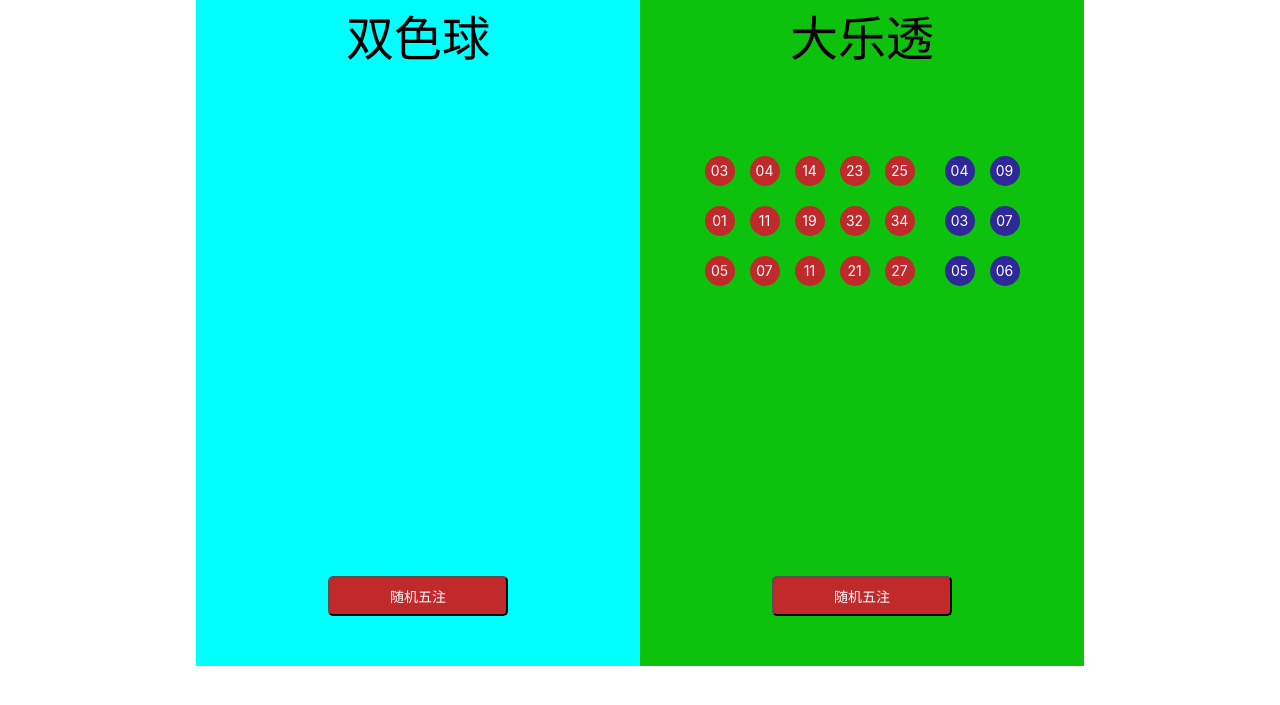
Repository: yz1181214391/caipiao-demo
Page: Cp.html
The author's editor kept a copy of each file at every save. The page is drawn from the files as they stood at one save, then again after the next save.
The browser window is 1280 px wide. The pictures show the whole page.
After loading, the first visible `input` was clicked once.

Above is the page before, as saved 2020-12-14 11:14:56.

### Cp.html
<!DOCTYPE html>
<html lang="en">
<head>
    <meta charset="UTF-8">
    <meta name="viewport" content="width=device-width, initial-scale=1.0">
    <title>彩票</title>
</head>
<style type="text/css">
    html,body {margin: 0;padding: 0;height: 100%;width: 100%;}
    a {text-decoration: none;}
    body,div,dl,dt,dd,ul,ol,li,h1,h2,h3,h4,h5,h6,pre,form,fieldset,input,textarea,p,blockquote,th,td {margin: 0;padding: 0;}
    table {border-collapse: collapse;border-spacing: 0;}
    fieldset,img {border: 0;}
    address,caption,cite,code,dfn,em,strong,th,var {font-style: normal;font-weight: normal;}
    ol,ul {list-style: none;}
    caption,th {text-align: left;}
    h1,h2,h3,h4,h5,h6 {font-size: 100%;font-weight: normal;}
    q:before,q:after {content: '';}
    abbr,acronym {border: 0;}
    body{
        font-family: "Chinese Quote", -apple-system, BlinkMacSystemFont, "Segoe UI", "PingFang SC", "Hiragino Sans GB", "Microsoft YaHei", "Helvetica Neue", Helvetica, Arial, sans-serif, "Apple Color Emoji", "Segoe UI Emoji", "Segoe UI Symbol";
    }

    .box{
        margin: 0 auto;
        width: 888px;
        height: 666px;
        display: flex;
        flex-direction: row;
    }
    .cp-flex{
        display: flex;
        flex-direction: column;
        align-items: center;
    }
    .cp-font{
        font-size: 48px;
        font-family: "Times New Roman", Times, serif;
    }
    .ssq-box{
        width: 100%;
        background-color: aqua;
    }
    .dlt-box{
        width: 100%;
        background-color: rgb(13, 194, 13);
    }

    .content {
        height: 66%;
        padding-top: 66px;
        text-align: center;
    }
    .context {
        margin: 20px 0;
    }
    .context span {
        display: inline-block;
        width: 30px;
        height: 30px;
        line-height: 30px;
        font-size: 14px;
        border-radius: 50%;
        color: #fff;
        background: rgba(192, 42, 42, 1);
        margin-right: 15px;
    }
    .context span:nth-child(5) {
        margin-right: 30px;
    }
    .context span:nth-child(7) {
        margin-right: 0;
    }
    .context span:nth-child(6),.context span:nth-child(7) {
        background: rgba(47, 40, 153, 1);
    }
    .button {
        width: 100%;
    }
    .button input {
        width: 180px;
        height: 40px;
        line-height: 40px;
        display: block;
        margin: 0 auto;
        background: rgba(192, 42, 42, 1);
        color: #fff;
        font: normal 400 14px '微软雅黑';
        border-radius: 5px;
        outline: none;
    }
</style>
<body>
    <div class="box">
        <div class="ssq-box cp-flex">
            <h3 class="cp-font">双色球</h3>
            <div class="content content1"></div>
            <div class="button">
                <input type="button" value="随机五注" onclick="fiveNumStr1()">
            </div>
        </div>
        <div class="dlt-box cp-flex">
            <h3 class="cp-font">大乐透</h3>
            <div class="content content2"></div>
            <div class="button">
                <input type="button" value="随机五注" onclick="fiveNumStr2()">
            </div>
        </div>
    </div>
</body>
<script>
// 定义 randomNumber方法, 随机输出数组
function randomNumber(num) {
      // 定义 strArr方法, 生成数组
      function strArr(num) {
          var numberAarry = []
          for (var i = 0; i < num; i++) {
              numberAarry[i] = i + 1
          }
          return numberAarry
      }
      // 获得数组
      var numberAarry = strArr(num)
      // 将数组元素随机排序
      numberAarry.sort(function () {
          return 0.5 - Math.random()
      })
      // 小于10，前面加0
      for (var i = 0; i < numberAarry.length; i++) {
          if (numberAarry[i] < 10) {
              numberAarry[i] = '0' + numberAarry[i]
          } else {
              numberAarry[i] = String(numberAarry[i])
          }
      }
      return numberAarry
  }

    // 用 fiveIsClick 限制用户频繁点击按钮
    var fiveIsClick = true
  function fiveNumStr1() {
      if (fiveIsClick) {
          // 设为false, 不可再次点击
          fiveIsClick = false
          var content = document.getElementsByClassName('content2')[0]
          var innerText = content.getElementsByClassName('context')
          var ulNode = content.getElementsByTagName('ul')[0]
          // 先删除已创建的ul及其字节点, 再新增
          // 为什么要删除再添加节点呢, 是因为不增删节点只改变数字虽然渲染更快, 但是区别太小, 失去了动态效果
          // 当然, 如果你不需要删除再添加节点也行, 以下代码稍改动一下就好了
          if (ulNode) {
              content.removeChild(ulNode)
          }
          var ul = document.createElement('ul')
          // 用ul节点长度判断是否存在ul
          var ulLength = content.getElementsByTagName('ul').length
          var index = 0
          // 计时器，每隔0.5秒新增一组
          var interval = setInterval(function() {
              index ++
              if (ulLength < 1) {
                  var li = document.createElement('li')
                  li.setAttribute('class','context')
                  ul.appendChild(li)
                  content.appendChild(ul)
                  // 遍历li节点
                  var context = document.getElementsByClassName('context')[index - 1]
                  // 得到顺序被打乱的前区35个数字数组
                  var randomLeft = randomNumber(35)
                  // 大乐透前区数组
                  var leftNum = [randomLeft[0], randomLeft[1], randomLeft[2], randomLeft[3], randomLeft[4]]
                  // 从小到大排序
                  leftNum.sort(function (a, b) {
                      return a - b
                  })
                  // 得到顺序被打乱的后区12个数字数组
                  var randomRight = randomNumber(12)
                  // 大乐透后区数组
                  var rightNum = [randomRight[0], randomRight[1]]
                  rightNum.sort(function (a, b) {
                      return a - b // 从小到大排序
                  })
                  // 节点模版，用于给每个球添加样式
                  var spanNode = "<span>" + leftNum[0] + "</span>" + "<span>" + leftNum[1] + "</span>" + "<span>" + leftNum[2] + "</span>"
                      + "<span>" + leftNum[3] + "</span>" + "<span>" + leftNum[4] + "</span>" + "<span>" + rightNum[0] + "</span>" + "<span>" + rightNum[1] + "</span>"
                  // 节点已添加，再添加spanNode节点模版
                  context.innerHTML = spanNode
                  // li节点数量达到5个，就停止计时器
                  if (index >= 5) {
                      clearInterval(interval)
                  }
              }
          }, 500)
          // 阻止按钮重复点击，间隔3秒
          setTimeout(function() {
              fiveIsClick = true
          }, 3000)
      }
  }






    // 定义 randomNumber方法, 随机输出数组
    function randomNumber(num) {
      // 定义 strArr方法, 生成数组
      function strArr(num) {
          var numberAarry = []
          for (var i = 0; i < num; i++) {
              numberAarry[i] = i + 1
          }
          return numberAarry
      }
      // 获得数组
      var numberAarry = strArr(num)
      // 将数组元素随机排序
      numberAarry.sort(function () {
          return 0.5 - Math.random()
      })
      // 小于10，前面加0
      for (var i = 0; i < numberAarry.length; i++) {
          if (numberAarry[i] < 10) {
              numberAarry[i] = '0' + numberAarry[i]
          } else {
              numberAarry[i] = String(numberAarry[i])
          }
      }
      return numberAarry
  }

    // 用 fiveIsClick 限制用户频繁点击按钮
    var fiveIsClick = true
  function fiveNumStr2() {
      if (fiveIsClick) {
          // 设为false, 不可再次点击
          fiveIsClick = false
          var content = document.getElementsByClassName('content2')[0]
          var innerText = content.getElementsByClassName('context')
          var ulNode = content.getElementsByTagName('ul')[0]
          // 先删除已创建的ul及其字节点, 再新增
          // 为什么要删除再添加节点呢, 是因为不增删节点只改变数字虽然渲染更快, 但是区别太小, 失去了动态效果
          // 当然, 如果你不需要删除再添加节点也行, 以下代码稍改动一下就好了
          if (ulNode) {
              content.removeChild(ulNode)
          }
          var ul = document.createElement('ul')
          // 用ul节点长度判断是否存在ul
          var ulLength = content.getElementsByTagName('ul').length
          var index = 0
          // 计时器，每隔0.5秒新增一组
          var interval = setInterval(function() {
              index ++
              if (ulLength < 1) {
                  var li = document.createElement('li')
                  li.setAttribute('class','context')
                  ul.appendChild(li)
                  content.appendChild(ul)
                  // 遍历li节点
                  var context = document.getElementsByClassName('context')[index - 1]
                  // 得到顺序被打乱的前区35个数字数组
                  var randomLeft = randomNumber(35)
                  // 大乐透前区数组
                  var leftNum = [randomLeft[0], randomLeft[1], randomLeft[2], randomLeft[3], randomLeft[4]]
                  // 从小到大排序
                  leftNum.sort(function (a, b) {
                      return a - b
                  })
                  // 得到顺序被打乱的后区12个数字数组
                  var randomRight = randomNumber(12)
                  // 大乐透后区数组
                  var rightNum = [randomRight[0], randomRight[1]]
                  rightNum.sort(function (a, b) {
                      return a - b // 从小到大排序
                  })
                  // 节点模版，用于给每个球添加样式
                  var spanNode = "<span>" + leftNum[0] + "</span>" + "<span>" + leftNum[1] + "</span>" + "<span>" + leftNum[2] + "</span>"
                      + "<span>" + leftNum[3] + "</span>" + "<span>" + leftNum[4] + "</span>" + "<span>" + rightNum[0] + "</span>" + "<span>" + rightNum[1] + "</span>"
                  // 节点已添加，再添加spanNode节点模版
                  context.innerHTML = spanNode
                  // li节点数量达到5个，就停止计时器
                  if (index >= 5) {
                      clearInterval(interval)
                  }
              }
          }, 500)
          // 阻止按钮重复点击，间隔3秒
          setTimeout(function() {
              fiveIsClick = true
          }, 3000)
      }
  }
</script>
</html>

After the next save:
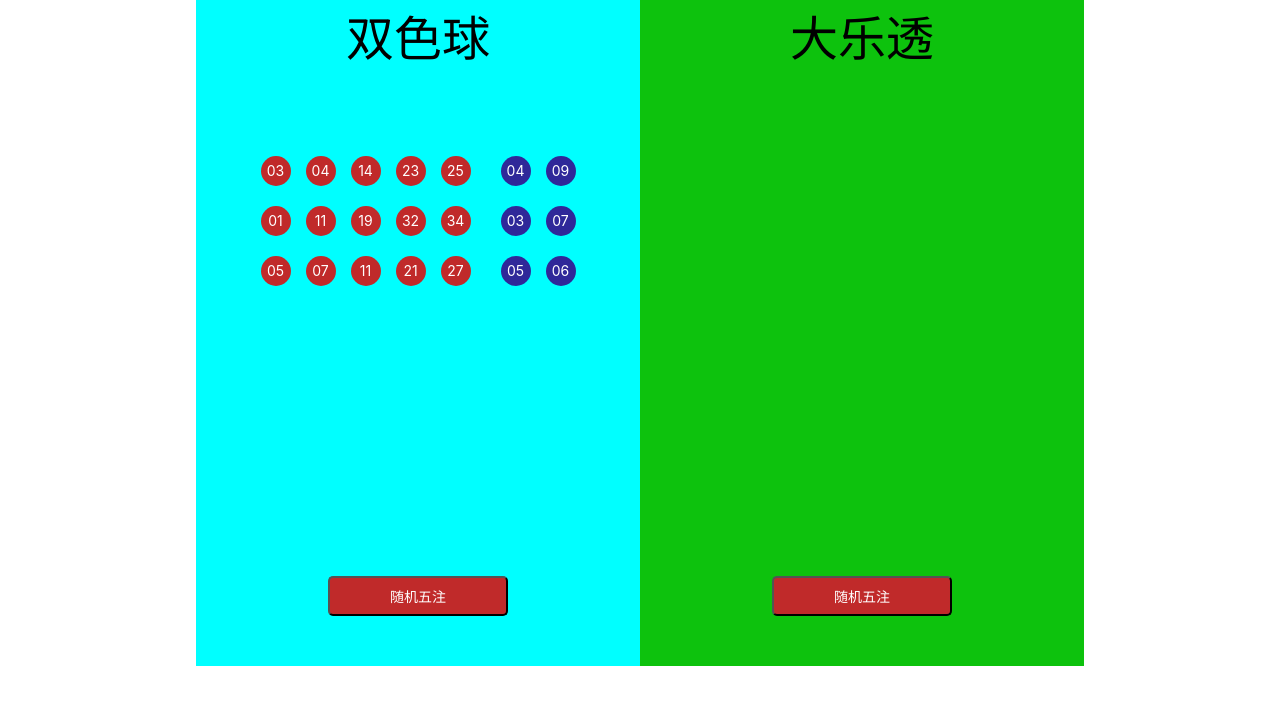
Saved 14 s later.
--- a/Cp.html
+++ b/Cp.html
@@ -142,7 +142,7 @@
       if (fiveIsClick) {
           // 设为false, 不可再次点击
           fiveIsClick = false
-          var content = document.getElementsByClassName('content2')[0]
+          var content = document.getElementsByClassName('content1')[0]
           var innerText = content.getElementsByClassName('context')
           var ulNode = content.getElementsByTagName('ul')[0]
           // 先删除已创建的ul及其字节点, 再新增
